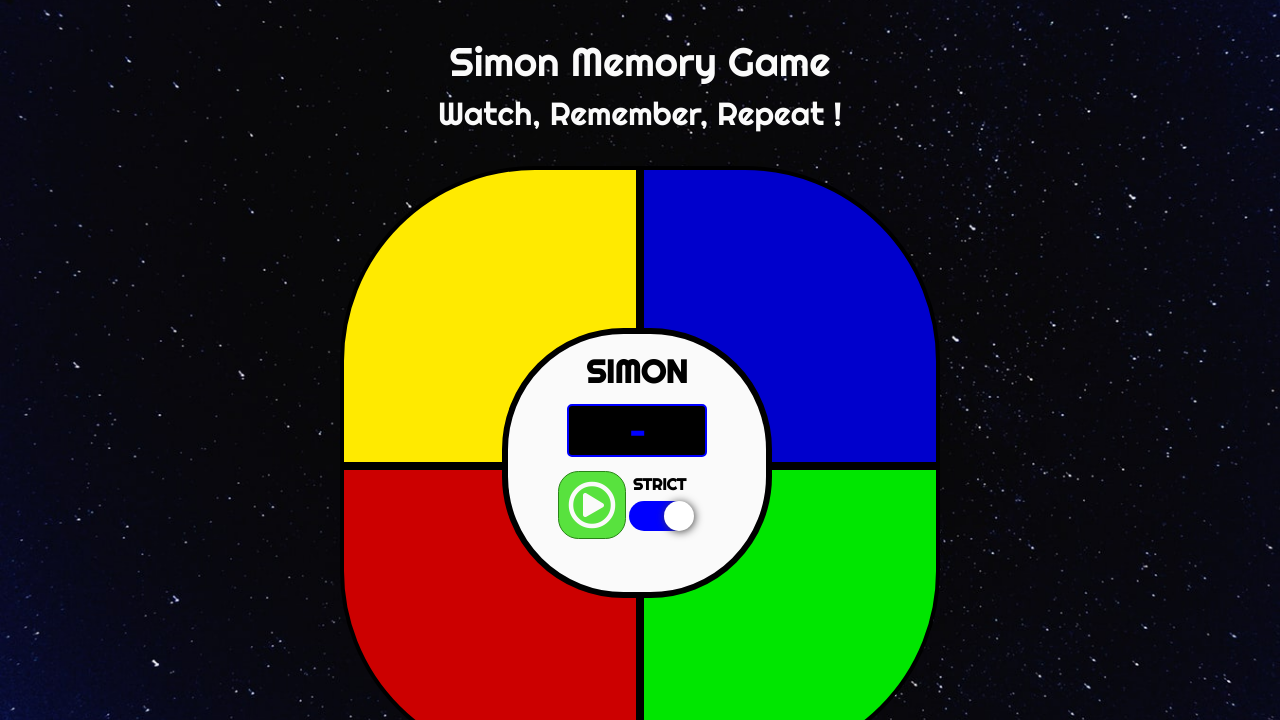
Repository: 5803emma/milestone2-simongame
Page: index.html
The author's editor kept a record of every edit. The page is drawn from the files as they stood at one moment, then again after the next edit.
The browser window is 1280 px wide. The pictures show the whole page.
An inner scrolling area shows only its first screen. Some web libraries are served in a nearby version.

Above is the page before.

After the next edit:
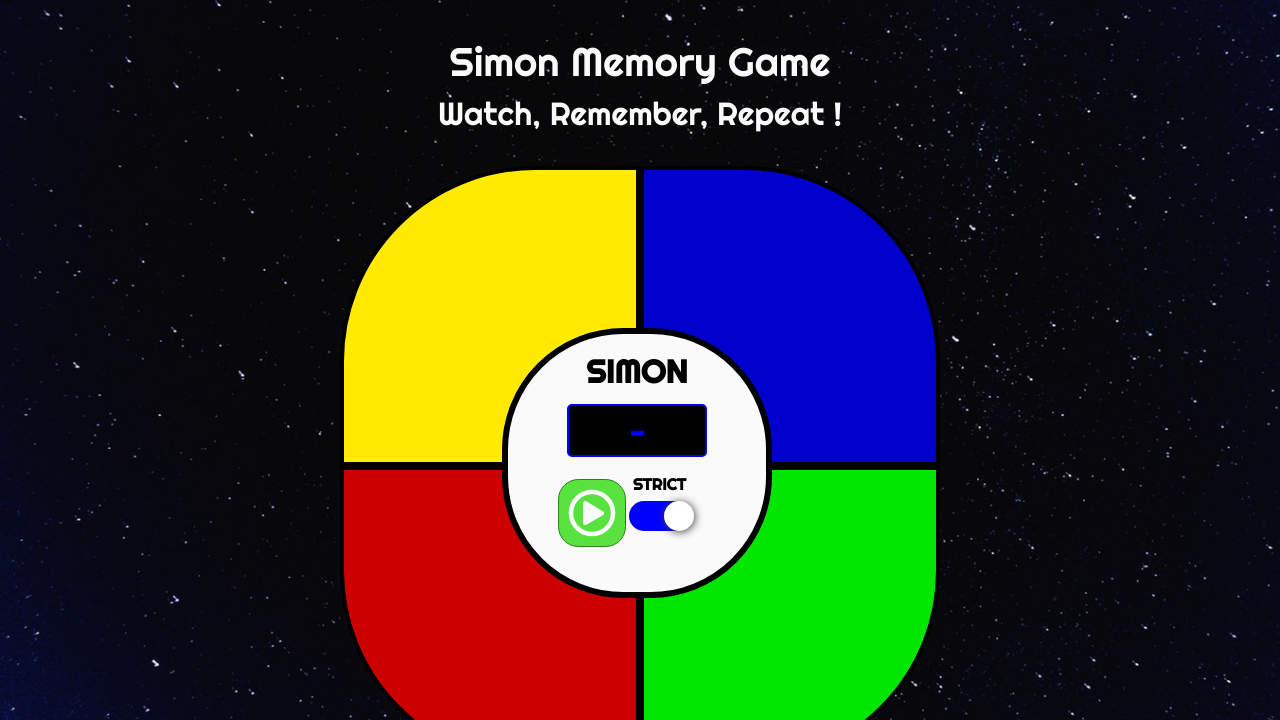
The edit:
--- a/assets/css/style.css
+++ b/assets/css/style.css
@@ -176,7 +176,7 @@
 .start-btn {
     float: left;
     margin-right: 90px;
-    margin-top: 137px;
+    margin-top: 145px;
     padding: 9px;
     cursor: pointer;
     line-height: 3em;
